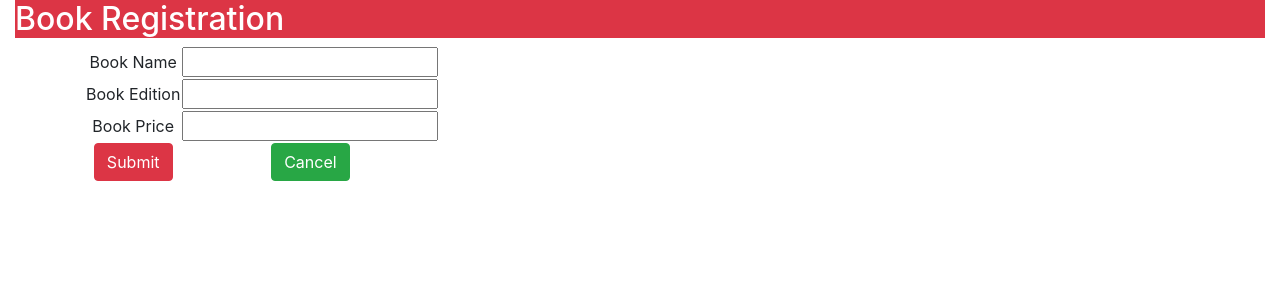
Repository: meriam0000/servlet
Page: BookWebApp/src/main/webapp/Home.html
The author's editor kept a copy of each file at every save. The page is drawn from the files as they stood at one save, then again after the next save.
The browser window is 1280 px wide. The pictures show the whole page.

Above is the page before, as saved 2024-02-12 20:32:31.

After the next save:
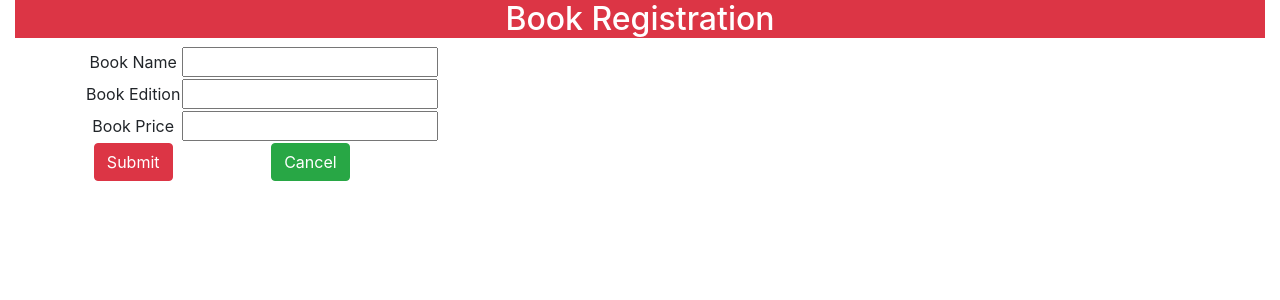
Saved 21 s later.
--- a/BookWebApp/src/main/webapp/Home.html
+++ b/BookWebApp/src/main/webapp/Home.html
@@ -6,7 +6,7 @@
 <link rel="stylesheet"  href="css/bootstrap.css ">
 </head>
 <body class="container-fluid">
-<h2 class="bg-danger text-white">Book Registration </h2>
+<h2 class="bg-danger text-white text-center">Book Registration </h2>
 <form action="register" method="post" class="container text-center">
 <table>
 <tr>
